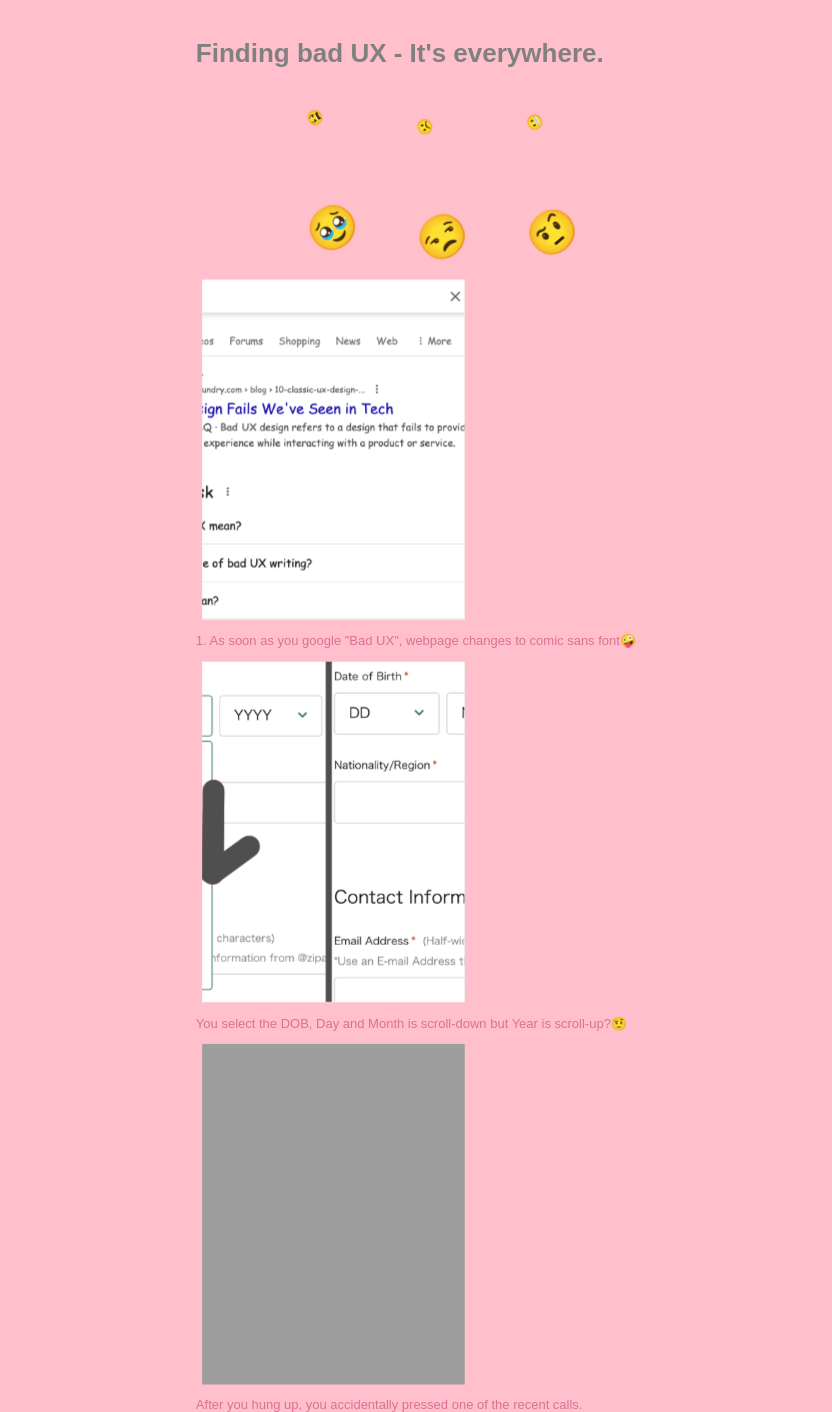
Repository: j1s00jang/MDIA-2109
Page: badUX.html
These files come from the project's save history. The page is drawn as it stood at one moment and after the next save; the edit follows.
The browser window is 1280 px wide. The pictures show the whole page, at 65% of full size.
Pictures or frames that could not be fetched are drawn as grey boxes. Some web libraries are served in a nearby version.

Above is the page before, as saved 2025-03-02 12:52:45.

### badUX.html
<html>
    <head>
        <!-- Metadata belongs in the head of your document -->
         <title>Jisoo's finding bad ux</title>
         <meta charset="UTF-8" />
         <link rel="stylesheet" href="css/styles.css">
    </head>
    <body>
        <main>
            <h1 class="title">Finding bad UX - It's everywhere.</h1>

        <div class="js">
            <span class="js__spinner spin">😫</span>
            <span class="js__spinner moreSpin">☹️</span>
            <span class="js__spinner mostSpin">😬</span>
        </div>

        <div class="gsap">
            <span class="gsap__spinner spin">🥹</span>
            <span class="gsap__spinner moreSpin">😒</span>
            <span class="gsap__spinner mostSpin">🤨</span>

        </div>
            <div class="first">
                <img src="css/first.png" alt="google ux" class="first_photo">
            </div>
            <p>1. As soon as you google "Bad UX", webpage changes to comic sans font🤪</p>

            <div class="second">
                <img src="css/second.png" alt="confirm button in red" class="second_photo">
            </div>
            <p>You select the DOB, Day and Month is scroll-down but Year is scroll-up?🤨</p>

            <div class="third">
                <img src="css/third.jpeg" alt="iphone's recents calling list" class="third_photo">
            </div>
            <p>After you hung up, you accidentally pressed one of the recent calls.</p>

            <script src="https://cdn.jsdelivr.net/npm/gsap@3.12.7/dist/gsap.min.js"></script>
            <script src="script.js"></script>


        </main>
    </body>
</html>

### css/styles.css
html {
    font-family: "Futura", sans-serif;
    font-size: 1.25em;
    background-color: pink;
    padding: 1.25em;
    color: palevioletred;
}

body {
    display: flex;
    justify-content: center;
    height: 100vh;
}

.title {
    font-size: 2em;
    color: grey;
}


.first,
.second,
.third {
    position: relative;
    width: 30vw;
    height: 70vh;
    overflow: hidden;
}

.first {
    background-color: whitesmoke;
    padding: 10px;
    margin: 10px;
    font-size: 1.5em;
}

.first_photo {
    position: absolute;
    top: 0;
    left: 0;
    width: 100%;
    height: 100%;
    object-fit: cover; /* 부모 크기에 맞춰 채우기 */
    opacity: 1;
}

.second {
    background-color: lightcyan;
    padding: 10px;
    margin: 10px;
    color: teal;
    font-size: 1.5em;
}

.second_photo {
    position: absolute;
    top: 0;
    left: 0;
    width: 100%;
    height: 100%;
    object-fit: cover;
    opacity: 1;
}

.third {
    background-color: lightyellow;
    padding: 10px;
    margin: 10px;
    color: darkgoldenrod;
    font-size: 1.5em;
}

.third_photo {
    position: absolute;
    top: 0;
    left: 0;
    width: 100%;
    height: 100%;
    object-fit: cover;
    opacity: 1;
}

.gsap {
    position: relative;
    height: 30vh;
    font-size: 65px;
}


.js,
.gsap {
    position: relative;
    height: 20vh;
    font-size: 65px;
}


.js__spinner,
.gsap__spinner {
    position: absolute;
}




.spin { left: 25%; top: 25%; }
.moreSpin { left: 50%; top: 35%; }
.mostSpin { left: 75%; top: 30%; }



@keyframes makeItSpin {
    0% {
        transform: rotate(0);
    }
    50% {
        font-size: 100px;
    }
    100% {
        transform: rotate(360deg);
    }
}

### script.js
const $spin = document.querySelector(".js__spinner.spin");
const $moreSpin = document.querySelector(".js__spinner.moreSpin");
const $mostSpin = document.querySelector(".js__spinner.mostSpin");




const keyframes = [
    { transform: "rotate(0)" },
    {
        transform: "rotate(360deg)",
        fontSize: "0"
     }
];



const options = {
    duration: 3000,
    iterations: Infinity,

}


$spin.animate(keyframes, options);
$moreSpin.animate(keyframes, options);
$mostSpin.animate(keyframes, options);


const gsapOption = {
    rotation: 360,
    repeat: -1,
    duration: 3
}

gsap.to(".gsap__spinner", gsapOption);

### css/badUXstyles.css
html {
    font-family: "Futura", sans-serif;
    font-size: 1.25em;
    background-color: pink;
    padding: 1.25em;
    color: palevioletred;
}

body {
    display: flex;
    justify-content: center;
    height: 100vh;
}

.title {
    font-size: 2em;
    color: grey;
}


.first,
.second,
.third {
    position: relative;
    width: 30vw;
    height: 70vh;
    overflow: hidden;
}

.first {
    background-color: whitesmoke;
    padding: 10px;
    margin: 10px;
    font-size: 1.5em;
}

.first_photo {
    position: absolute;
    top: 0;
    left: 0;
    width: 100%;
    height: 100%;
    object-fit: contain;
    opacity: 1;
}

.second {
    background-color: lightcyan;
    padding: 10px;
    margin: 10px;
    color: teal;
    font-size: 1.5em;
}

.second_photo {
    position: absolute;
    top: 0;
    left: 0;
    width: 100%;
    height: 100%;
    object-fit: cover;
    opacity: 1;
}

.third {
    background-color: lightyellow;
    padding: 10px;
    margin: 10px;
    color: darkgoldenrod;
    font-size: 1.5em;
}

.third_photo {
    position: absolute;
    top: 0;
    left: 0;
    width: 100%;
    height: 100%;
    object-fit: cover;
    opacity: 1;
}

.gsap {
    position: relative;
    height: 30vh;
    font-size: 65px;
}


.js,
.gsap {
    position: relative;
    height: 20vh;
    font-size: 65px;
}


.js__spinner,
.gsap__spinner {
    position: absolute;
}




.spin { left: 25%; top: 25%; }
.moreSpin { left: 50%; top: 35%; }
.mostSpin { left: 75%; top: 30%; }



@keyframes makeItSpin {
    0% {
        transform: rotate(0);
    }
    50% {
        font-size: 100px;
    }
    100% {
        transform: rotate(360deg);
    }
}

After the next save:
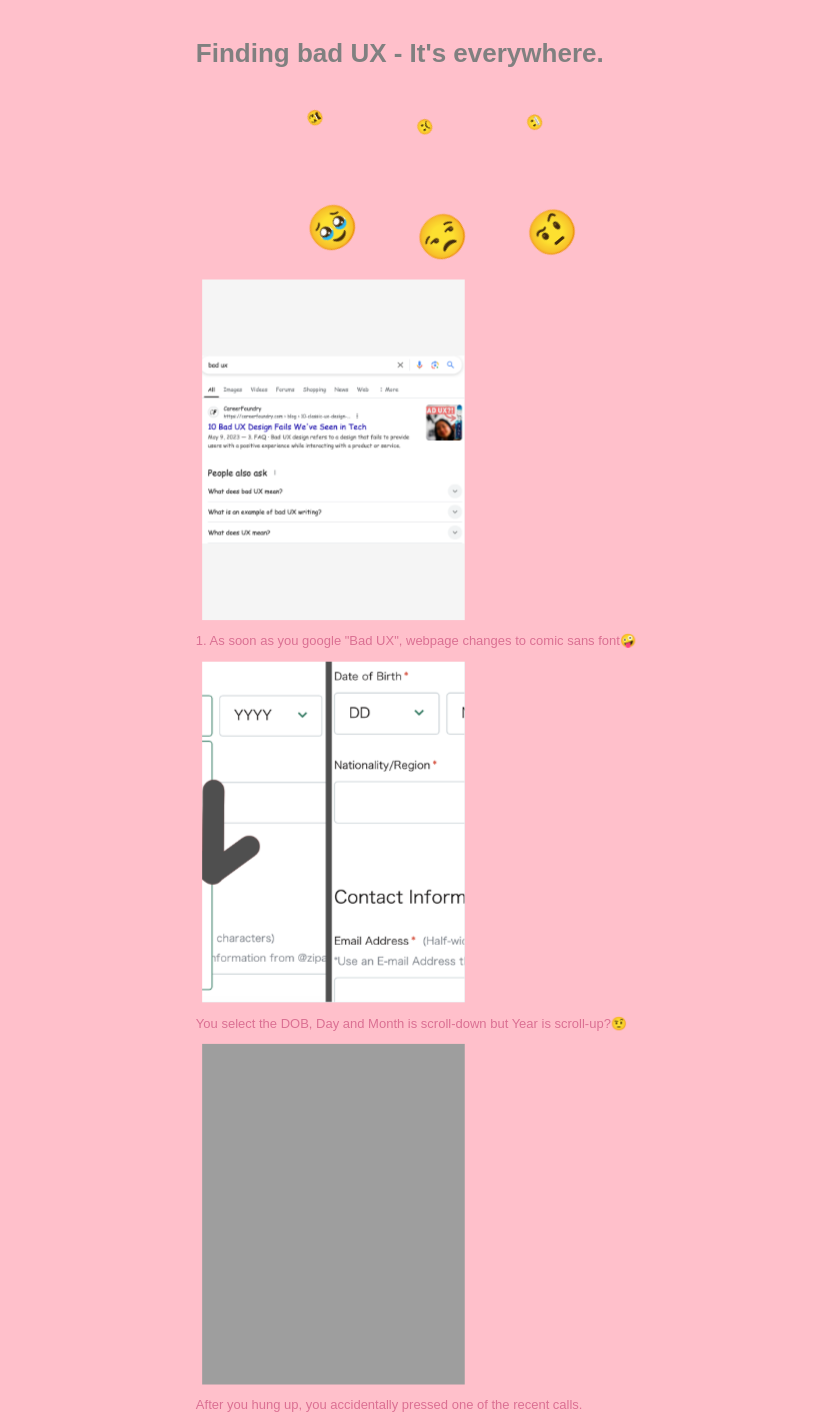
Saved 19 s later.
--- a/badUX.html
+++ b/badUX.html
@@ -3,7 +3,7 @@
         <!-- Metadata belongs in the head of your document -->
          <title>Jisoo's finding bad ux</title>
          <meta charset="UTF-8" />
-         <link rel="stylesheet" href="css/styles.css">
+         <link rel="stylesheet" href="css/badUXstyles.css">
     </head>
     <body>
         <main>
